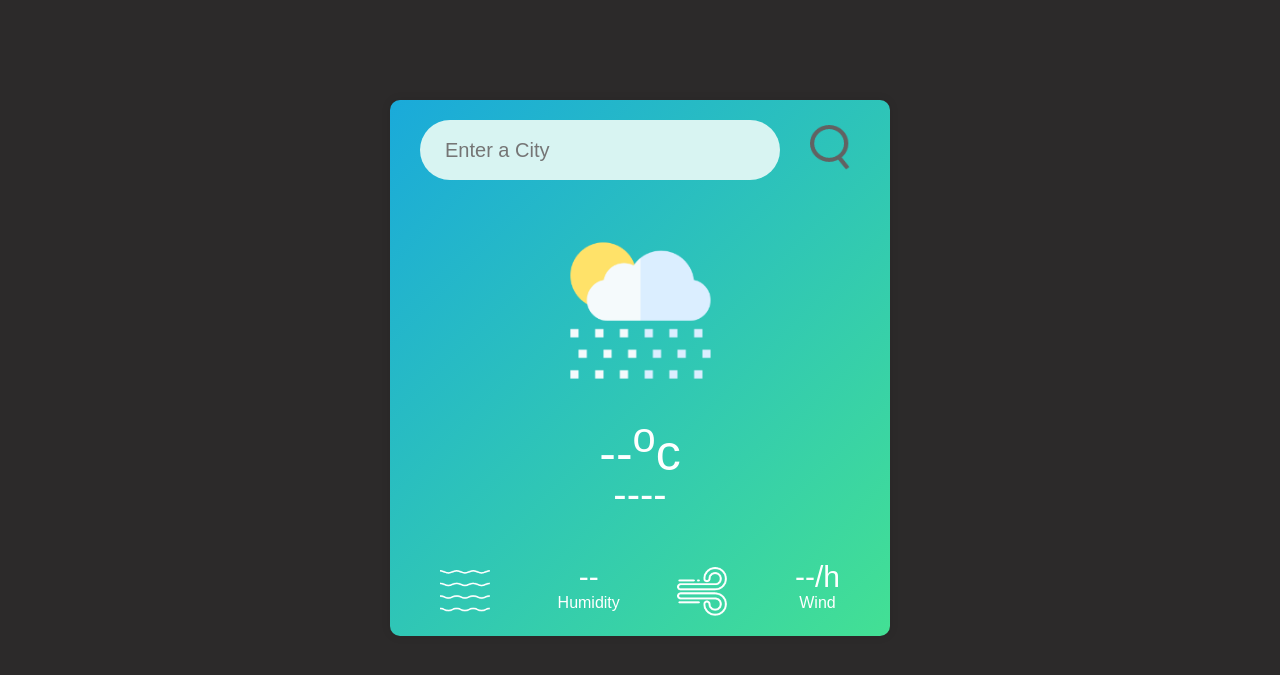
Repository: Haakim19/weatherApp
Page: index.html
These files come from the project's save history. The page is drawn as it stood at one moment and after the next save; the edit follows.
The browser window is 1280 px wide. The pictures show the whole page.

Above is the page before, as saved 2024-11-17 21:24:22.

### index.html
<!DOCTYPE html>
<html lang="en">
<head>
    <meta charset="UTF-8">
    <meta name="viewport" content="width=device-width, initial-scale=1.0">
    <title>Weather App</title>
    <link rel="stylesheet" href="style.css">
</head>
<body>
    <div class="card">
        <div class="search">
            <input type="text" placeholder="Enter a City" spellcheck="false">
            <button><img src="images/search.png"></button>
        </div>
        <div class="weather">
            <img src="images/rain.png" class="weather-icon">
            <h1 class="temp">--<sup>o</sup>c</h1>
            <h2 class="city">----</h2>
        </div>
        <div class="details">
            <div class="col">
                <img src="images/humidity.png">
            </div>
            <div>
                <p class="humidity">--</p>
                <p>Humidity</p>
            </div>

            <div class="col">
                <img src="images/wind.png">
            </div>
            <div>
                <p class="wind">--/h</p>
                <p>Wind</p>
            </div>
        </div>
    </div>
    <script src="app.js"></script>
</body>
</html>

### style.css
*{
    margin: 0;
    padding: 0;
    box-sizing: border-box;
    font-family: 'Poppins', sans-serif;
}

body{
    background: #2c2a2a;
}
.card{
    width: 90%;
    max-width: 500px;
    color: #fff;
    background:linear-gradient(135deg, #1aaada 0%, #43e094 100%);
    margin: 100px auto 0 ;
    border-radius: 10px;
    padding: 20px 30px;
    text-align: center;
    box-shadow: 0 0 10px rgba(0,0,0,0.1);
}
.search{
    width: 100%;
    display: flex;
    justify-content: space-between;
    align-items: center;
}
.search input{
    border:0;
    outline:0;
    background: #d8f4f2;
    padding: 10px 25px;
    border-radius: 40px;
    flex: 1;
    margin-right: 20px;
    font-size: 20px;
    height: 60px;
}
.search button{
    border:0;
    outline:0;
    background:none;
    /* padding: 10px 20px; */
    border-radius: 50%;
    font-size: 20px;
    cursor: pointer;
    height: 60px;
    width: 60px;
}
.search button img{
    width: 40px;
    height: 45px;

}
.weather-icon{
    width:200px;
    margin-top: 30px;
}
.weather h1{
    font-size: 50px;
    font-weight: 500;
}
.weather h2{
    font-size: 40px;
    font-weight: 500;
    margin-top: -10px;
}
.details {
    display: flex;
    align-items: center;
    justify-content: space-between;
    padding: 0 20px;
    margin-top: 50px;
}
.col{
    display: flex;
    align-items: center;
    text-align: left;
}

.col img {
    width: 50px;
    margin-right: 10px;
}
.humidity,.wind{
    font-size: 30px;
    margin-top: -10px;
}

### app.js
const apiKey = "8813d72c5c5f0697297beeef20a69199";
const apiUrl = "https://api.openweathermap.org/data/2.5/weather?units=metric&q=";

const searchBox = document.querySelector(".search input");
const searchBtn = document.querySelector(".search button");
const weatherIcon = document.querySelector(".weather-icon");
async function getWeatherData(city) {
    const response = await fetch(apiUrl + city +`&appid=${apiKey}`);
    var data = await response.json();
    console.log(data);
    document.querySelector(".city").innerText = data.name;
    document.querySelector(".temp").innerText = Math.round(data.main.temp) + "°C";
    document.querySelector(".humidity").innerText = data.main.humidity + "%";
    document.querySelector(".wind").innerText = data.wind.speed + " km/h";
    if (weather[0].main = "Clouds") {
        weatherIcon.src = "images/clouds.png";
    }
    if (weather[0].main = "Clear") {
        weatherIcon.src = "images/clear.png";
    }
    if (weather[0].main = "Dizzle") {
        weatherIcon.src = "images/dizzle.png";
    }
    if (weather[0].main = "Mist") {
        weatherIcon.src = "images/mist.png";
    }
    if (weather[0].main = "Rain") {
        weatherIcon.src = "images/rain.png";
    }
    if (weather[0].main = "Snow") {
        weatherIcon.src = "images/snow.png";
    }
}

searchBtn.addEventListener("click", ()=>{
    getWeatherData(searchBox.value);
    searchBox.value = "";
})

After the next save:
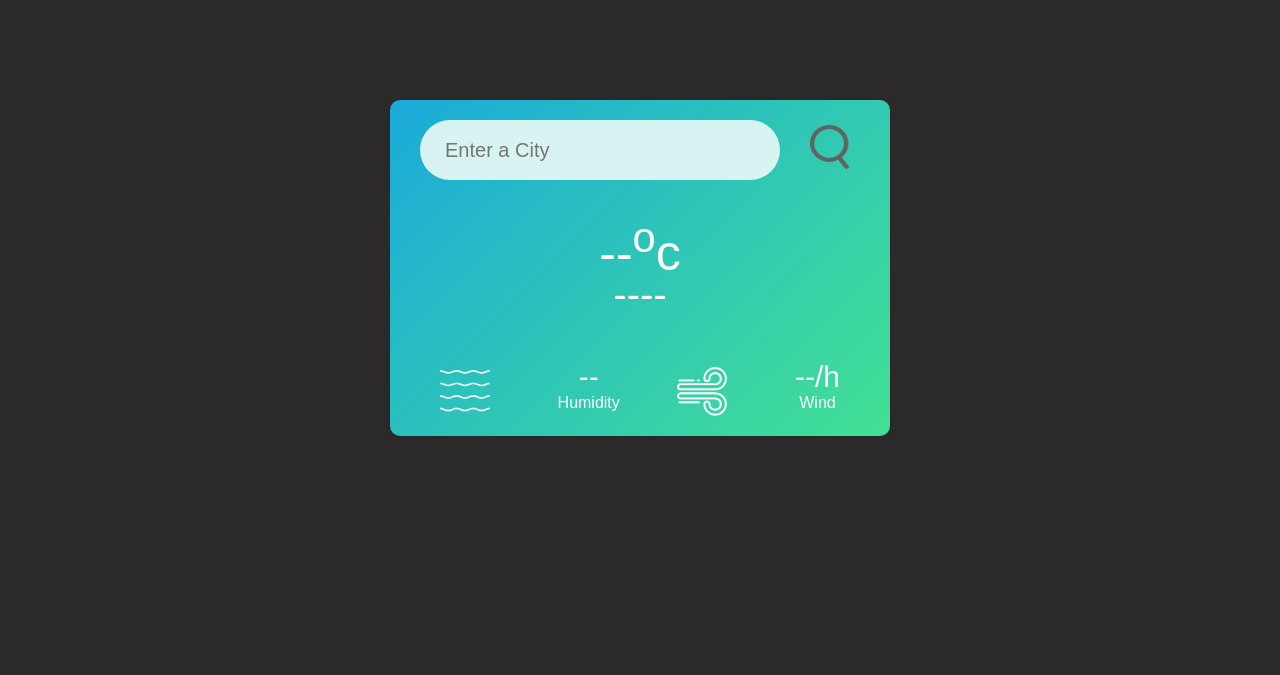
Saved 23 s later.
--- a/index.html
+++ b/index.html
@@ -13,7 +13,7 @@
             <button><img src="images/search.png"></button>
         </div>
         <div class="weather">
-            <img src="images/rain.png" class="weather-icon">
+            <img src="" class="weather-icon">
             <h1 class="temp">--<sup>o</sup>c</h1>
             <h2 class="city">----</h2>
         </div>
